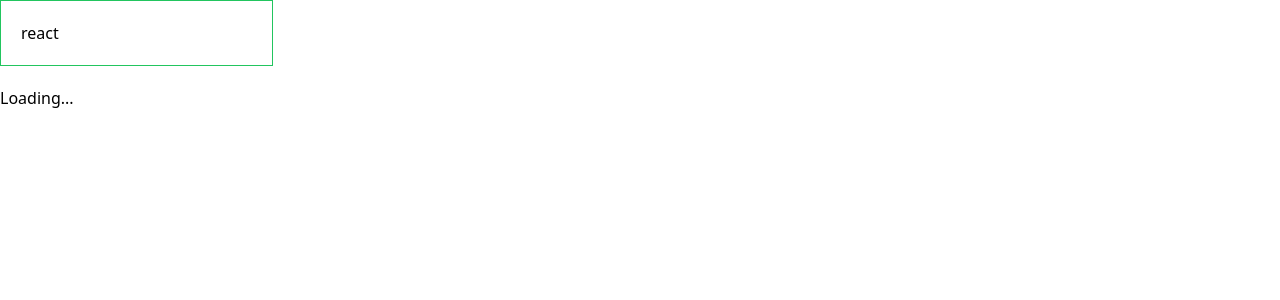
Repository: Nqvinh7603/News-Api
Page: /
An editor plug-in stored every save of this project. The page is shown before and after the next save, followed by the edit.
The browser window is 1280 px wide. The pictures show the whole page.
The page's requests for data from a server got no answer. The project was rebuilt for these pictures with package versions that can differ from the ones it lists, and the page was loaded fresh each time. No one was signed in, and anything a server would have sent is missing. Also part of the build but not shown: vite.config.js.

Above is the page before, as saved 2024-01-04 11:14:42.

After the next save:
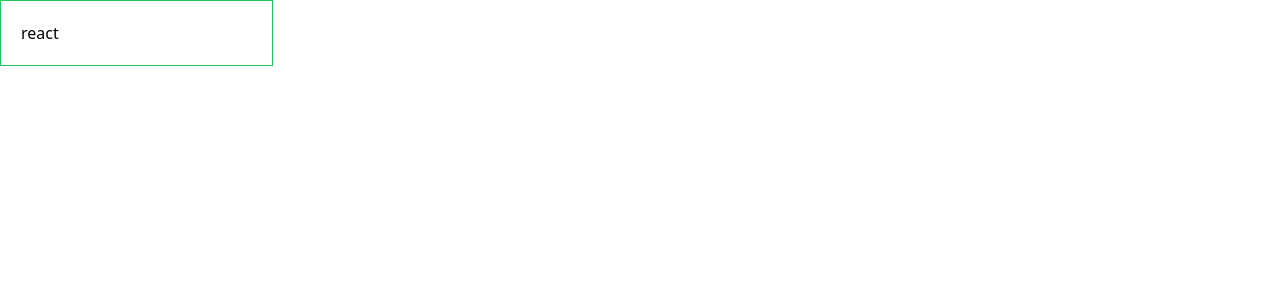
Saved 51 s later.
--- a/src/News.jsx
+++ b/src/News.jsx
@@ -24,7 +24,7 @@
         value={query}
         onChange={(e) => setQuery(e.target.value)}
       />
-      {loading && <p>Loading...</p>}
+      {loading && <div className=""></div>}
       {!loading &&
         hits.length > 0 &&
         hits.map((item, index) => <h3 key={item.title}>{item.title}</h3>)}
